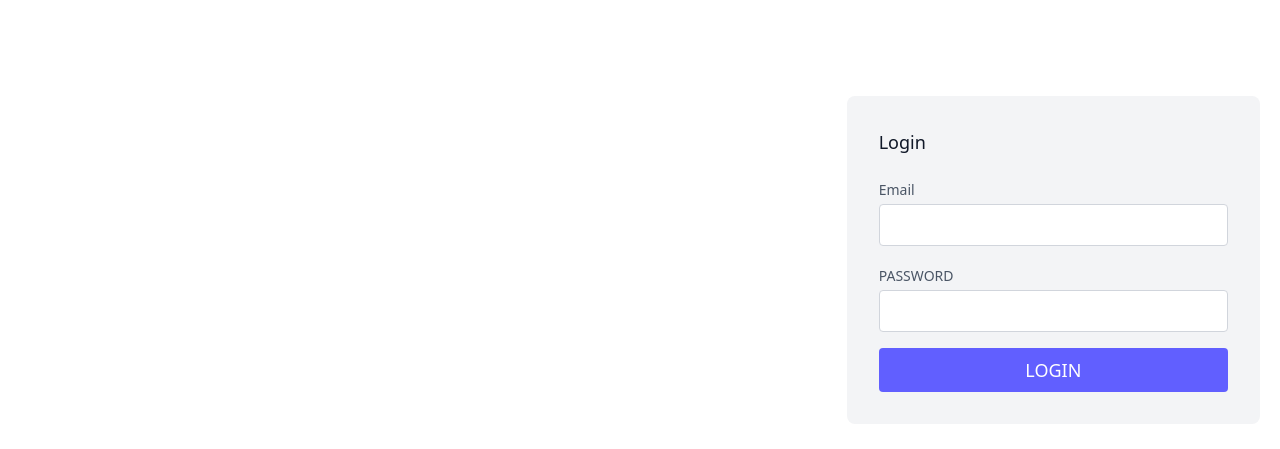
Repository: ridhukhan/Authentication
Page: /login (app in frontend/)
These files come from the project's save history. The page is drawn as it stood at one moment and after the next save; the edit follows.
The browser window is 1280 px wide. The pictures show the whole page.
The project was rebuilt for these pictures with package versions that can differ from the ones it lists, and the page was loaded fresh each time. Also part of the build but not shown: frontend/vite.config.js, frontend/src/App.css, frontend/src/pages/Home.jsx.

Above is the page before, as saved 2026-02-04 18:55:30.

### frontend/src/App.jsx
import './App.css'
import {BrowserRouter,Routes,Route} from "react-router-dom"
import Home from './pages/Home'
import Login from './pages/login'


function App() {

  return (
    <>
       <BrowserRouter>

       <Routes>
        <Route  path='/' element={<Home/>}/>
        <Route  path='/login' element={<Login/>}/>

       </Routes>
       </BrowserRouter>
    </>
  )
}

export default App

### frontend/src/pages/login.jsx
import React from 'react'
import { useState } from 'react'

const Login = () => {
    const [email,setEmail]=useState("")
    const [password,setPassword]=useState("")

  return (
    <div>
        <section class="text-gray-600 body-font">
  <div className="container px-5 py-24 mx-auto flex flex-wrap items-center">

    <form className="lg:w-2/6 md:w-1/2 bg-gray-100 rounded-lg p-8 flex flex-col md:ml-auto w-full mt-10 md:mt-0">
      <h2 className="text-gray-900 text-lg font-medium title-font mb-5">Login</h2>

      <div className="relative mb-4">
        <label htmlFor="email" className="leading-7 text-sm text-gray-600">Email</label>
        <input type="email"
        id="email"
         name="email"
          value={email}
           onChange={(e)=>setEmail(e.target.value)}
           className="w-full bg-white rounded border border-gray-300 focus:border-indigo-500 focus:ring-2 focus:ring-indigo-200 text-base outline-none text-gray-700 py-1 px-3 leading-8 transition-colors duration-200 ease-in-out"/>
      </div>

      <div className="relative mb-4">
        <label htmlFor="password" className="leading-7 text-sm text-gray-600">PASSWORD</label>
        <input type="password" id="password" name="password"
          value={password}
           onChange={(e)=>setPassword(e.target.value)}
        className="w-full bg-white rounded border border-gray-300 focus:border-indigo-500 focus:ring-2 focus:ring-indigo-200 text-base outline-none text-gray-700 py-1 px-3 leading-8 transition-colors duration-200 ease-in-out"/>
      </div>
      <button className="text-white bg-indigo-500 border-0 py-2 px-8 focus:outline-none hover:bg-indigo-600 rounded text-lg">LOGIN</button>
    </form>
  </div>
</section>
    </div>
  )
}

export default Login

Loaded but not shown: frontend/index.html (common file); frontend/src/main.jsx (common file); frontend/src/index.css (common file)

After the next save:
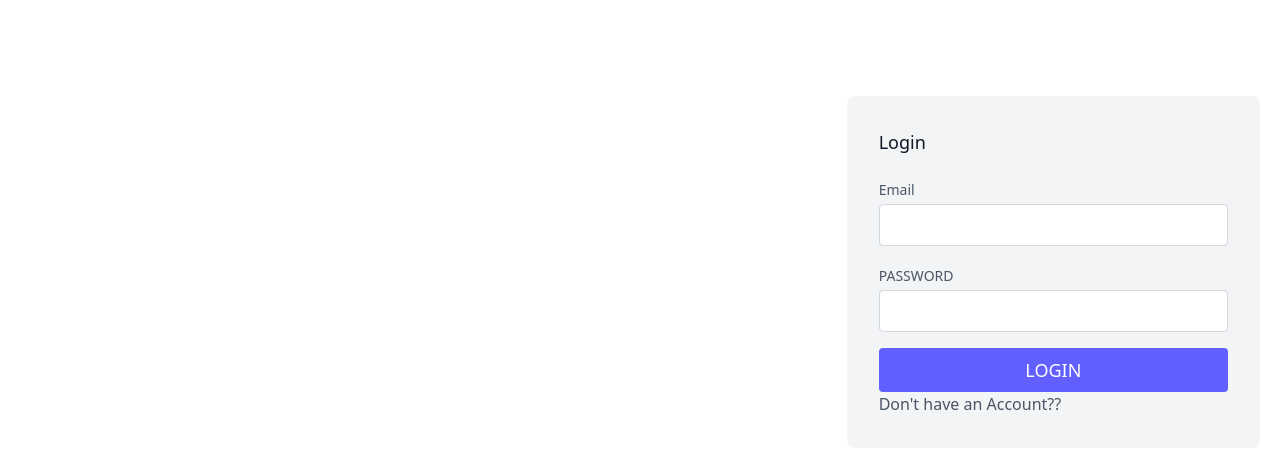
Saved 2 min 41 s later.
--- a/frontend/src/pages/login.jsx
+++ b/frontend/src/pages/login.jsx
@@ -1,5 +1,6 @@
 import React from 'react'
 import { useState } from 'react'
+import { Link } from 'react-router-dom'
 
 const Login = () => {
     const [email,setEmail]=useState("")
@@ -31,6 +32,7 @@
         className="w-full bg-white rounded border border-gray-300 focus:border-indigo-500 focus:ring-2 focus:ring-indigo-200 text-base outline-none text-gray-700 py-1 px-3 leading-8 transition-colors duration-200 ease-in-out"/>
       </div>
       <button className="text-white bg-indigo-500 border-0 py-2 px-8 focus:outline-none hover:bg-indigo-600 rounded text-lg">LOGIN</button>
+   <Link to={"/register"}>Don't have an Account??</Link>
     </form>
   </div>
 </section>
